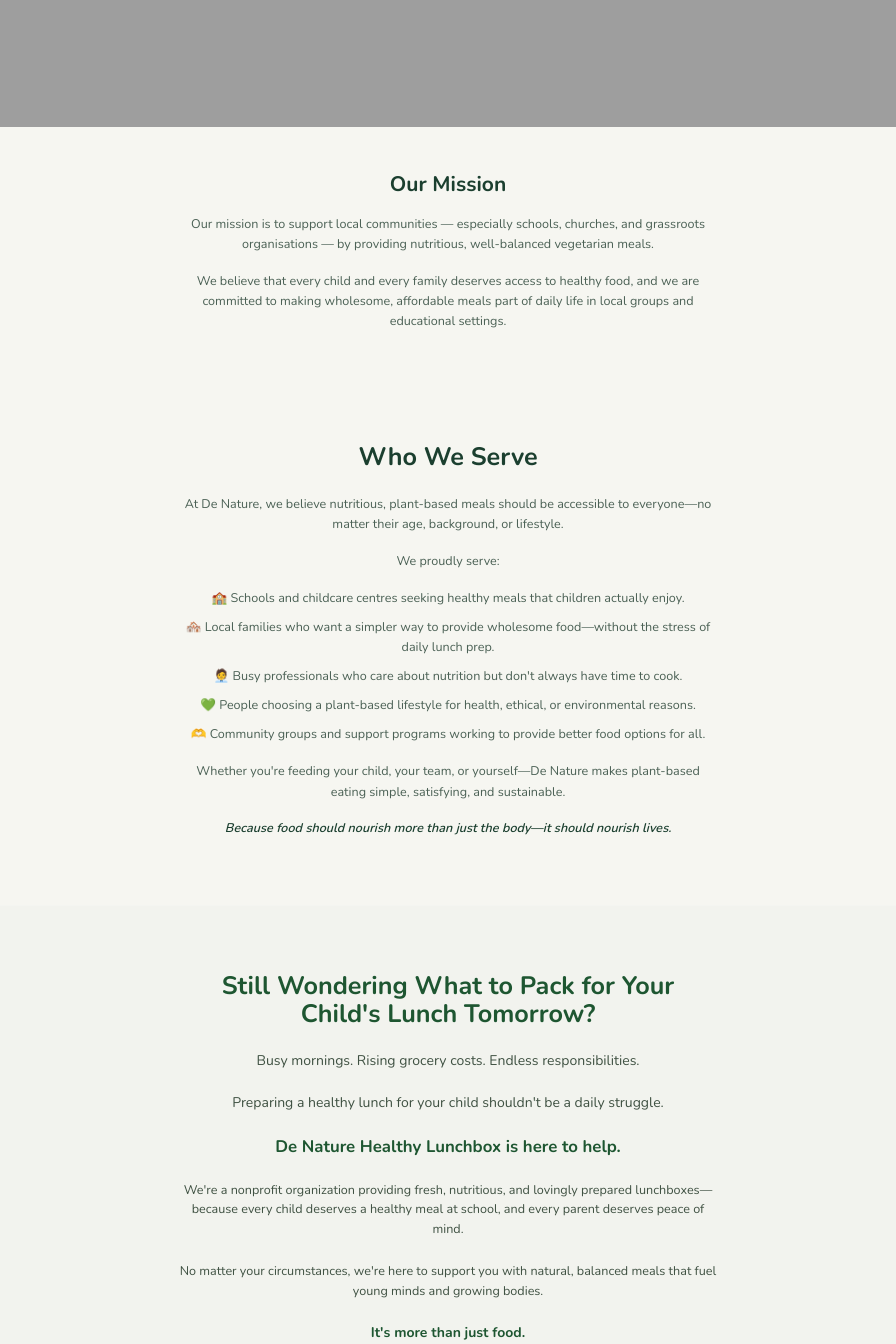
Repository: sunnyyan01/denature-website
Page: /
The author's editor kept a copy of each file at every save. The page is drawn from the files as they stood at one save, then again after the next save.
The browser window is 1280 px wide. The pictures show the part of the page from y = 579 to 2499 px (the page is 2792 px tall before and 2824 px after), at 70% of full size.
Pictures or frames that could not be fetched are drawn as grey boxes. The project was rebuilt for these pictures with package versions that can differ from the ones it lists, and the page was loaded fresh each time. The framework's server and built-in components were replaced by stand-ins that run in the browser. Also part of the build but not shown: next.config.js.

Above is the page before, as saved 2025-05-16 16:36:43.

### src/app/layout.tsx
import type { Metadata } from "next";
import { Inter, Poppins } from "next/font/google";
import "./globals.css";
import Navbar from "@/components/Navbar";
import Footer from "@/components/Footer";
import { Phone, Mail } from "lucide-react";
import { FiFacebook, FiInstagram, FiTwitter } from 'react-icons/fi';

const inter = Inter({
  subsets: ["latin"],
  variable: '--font-inter',
});

const poppins = Poppins({
  weight: ['400', '500', '600', '700'],
  subsets: ['latin'],
  variable: '--font-poppins',
});

export const metadata: Metadata = {
  title: "DE NATURE - Sydney Lunch Program",
  description: "Providing nutritious meals to children in need across Sydney",
  verification: {
    google: "OqLlSQNFE1spUS93SXK13pK8N_CO4S7m2l7H1rPvJmY",
  },
  icons: {
    icon: '/favicon.ico',
    shortcut: '/favicon.ico',
  },
};

export default function RootLayout({
  children,
}: {
  children: React.ReactNode;
}) {
  return (
    <html lang="en">
      <body className={`${inter.variable} ${poppins.variable} font-sans bg-background text-text`}>
        {/* 顶部社交信息栏 */}
        <div
          className="fixed top-0 left-0 right-0 z-50"
          style={{
            background: '#F5F3ED',
            height: '56px',
            borderBottom: '1px solid #E0E0E0',
            fontFamily: "'Inter', 'Lato', sans-serif",
          }}
        >
          <div className="container flex items-center justify-between h-full px-4">
            {/* 联系方式 */}
            <div className="flex items-center space-x-6 text-[#2E5E4E] text-sm">
              <a href="tel:0452005512" className="hover:underline">0452 005 512</a>
              <span className="hidden sm:inline">|</span>
              <a href="mailto:info@denature.org.au" className="hover:underline">info@denature.org.au</a>
            </div>
            {/* 社交图标 */}
            <div className="flex items-center space-x-4">
              <a href="#" className="text-[#2E5E4E] hover:text-[#4A7C59]">
                <FiFacebook className="w-5 h-5" />
              </a>
              <a href="#" className="text-[#2E5E4E] hover:text-[#4A7C59]">
                <FiInstagram className="w-5 h-5" />
              </a>
              <a href="#" className="text-[#2E5E4E] hover:text-[#4A7C59]">
                <FiTwitter className="w-5 h-5" />
              </a>
            </div>
          </div>
        </div>

        {/* Navigation and Content */}
        <div className="relative">
          <Navbar />
          <main>
            {children}
          </main>
        </div>

        <Footer />
      </body>
    </html>
  );
}

### src/app/page.tsx
'use client';

import Link from "next/link";
import Image from "next/image";
import { Leaf, Scale, Recycle, Sprout } from "lucide-react";
import PrimaryButton from "../components/PrimaryButton";

const coreValues = [
  {
    title: 'Pure Ingredients',
    description: 'Premium natural ingredients, no additives',
    icon: '🌱',
  },
  {
    title: 'Balanced Nutrition',
    description: 'Scientifically balanced meals',
    icon: '🥗',
  },
  {
    title: 'Eco-Conscious',
    description: 'Sustainable practices, Earth-friendly',
    icon: '🌍',
  },
  {
    title: 'Growth Focus',
    description: 'Supporting healthy development',
    icon: '🌱',
  },
];

export default function Home() {
  return (
    <main>
      {/* Hero Section */}
      <section className="relative h-[100vh] w-full">
        <div className="absolute inset-0 bg-[url('/images/hero-bg.jpg')] bg-cover bg-center">
        </div>
        <div className="relative container mx-auto px-4 h-screen flex items-start pt-32">
          <div className="max-w-6xl mx-auto w-full pt-8 flex flex-col items-center">
            {/* Hero 按钮组整体下移，紧贴黑色文字下方，居中显示 */}
          </div>
        </div>
      </section>

      {/* Our Mission Section (新加) */}
      <section className="py-16" style={{ background: '#F6F6F1' }}>
        <div className="max-w-3xl mx-auto px-4 text-center">
          <h2 className="text-2xl md:text-3xl font-bold mb-6 font-heading" style={{ color: '#1B3F2F' }}>Our Mission</h2>
          <div className="space-y-6 text-lg leading-relaxed" style={{ color: '#4B6155' }}>
            <p>
              Our mission is to support local communities — especially schools, churches, and grassroots organisations — by providing nutritious, well-balanced vegetarian meals.
            </p>
            <p>
              We believe that every child and every family deserves access to healthy food, and we are committed to making wholesome, affordable meals part of daily life in local groups and educational settings.
            </p>
          </div>
        </div>
      </section>

      {/* Mission Section */}
      <section className="py-24" style={{ background: '#F6F6F1' }}>
        <div className="max-w-4xl mx-auto px-4 sm:px-6 lg:px-8">
          <div className="max-w-3xl mx-auto text-center">
            <h2 className="text-3xl md:text-4xl font-bold mb-8 font-heading" style={{ color: '#1B3F2F' }}>Who We Serve</h2>
            <div className="space-y-6 text-lg leading-relaxed" style={{ color: '#4B6155' }}>
              <p>
                At De Nature, we believe nutritious, plant-based meals should be accessible to everyone—no matter their age, background, or lifestyle.
              </p>
              <p className="text-left md:text-center">
                We proudly serve:
              </p>
              <ul className="space-y-3 text-left md:text-center">
                <li>🏫 Schools and childcare centres seeking healthy meals that children actually enjoy.</li>
                <li>🏘️ Local families who want a simpler way to provide wholesome food—without the stress of daily lunch prep.</li>
                <li>🧑‍💼 Busy professionals who care about nutrition but don't always have time to cook.</li>
                <li>💚 People choosing a plant-based lifestyle for health, ethical, or environmental reasons.</li>
                <li>🫶 Community groups and support programs working to provide better food options for all.</li>
              </ul>
              <p>
                Whether you're feeding your child, your team, or yourself—De Nature makes plant-based eating simple, satisfying, and sustainable.
              </p>
              <p className="font-semibold italic" style={{ color: '#1B3F2F' }}>
                Because food should nourish more than just the body—it should nourish lives.
              </p>
            </div>
          </div>
        </div>
      </section>

      {/* Lunchbox Support Section */}
      <section className="py-24" style={{ background: '#F2F3EE' }}>
        <div className="container mx-auto px-4">
          <div className="max-w-3xl mx-auto">
            <h2 className="text-4xl font-bold mb-8 text-center" style={{ color: '#1E5631', fontWeight: 700 }}>
              Still Wondering What to Pack for Your Child's Lunch Tomorrow?
            </h2>
            <div className="space-y-8" style={{ color: '#3F5142' }}>
              <p className="text-center text-xl">
                Busy mornings. Rising grocery costs. Endless responsibilities.
              </p>
              <p className="text-center text-xl">
                Preparing a healthy lunch for your child shouldn't be a daily struggle.
              </p>
              <p className="text-center text-2xl font-bold" style={{ color: '#1E5631' }}>
                De Nature Healthy Lunchbox is here to help.
              </p>
              <p className="text-center text-lg">
                We're a nonprofit organization providing fresh, nutritious, and lovingly prepared lunchboxes—because every child deserves a healthy meal at school, and every parent deserves peace of mind.
              </p>
              <p className="text-center text-lg">
                No matter your circumstances, we're here to support you with natural, balanced meals that fuel young minds and growing bodies.
              </p>
              <p className="text-center text-xl font-bold" style={{ color: '#1E5631' }}>
                It's more than just food.
              </p>
              <p className="text-center text-xl font-bold" style={{ color: '#1E5631' }}>
                It's care, energy, and dignity—delivered daily.
              </p>
            </div>
          </div>
        </div>
      </section>
    </main>
  );
}

### src/app/globals.css
@import url('https://fonts.googleapis.com/css2?family=Nunito:wght@300;400;500;600;700&display=swap');

@tailwind base;
@tailwind components;
@tailwind utilities;

:root {
  /* 主色调 */
  --color-primary: #4A7C59;      /* 深绿色 */
  --color-primary-light: #6B9B7D; /* 浅绿色 */
  --color-primary-lighter: #E8F3ED; /* 最浅绿色 */

  /* 中性色 */
  --color-neutral-50: #FAFAFA;
  --color-neutral-100: #F5F5F5;
  --color-neutral-200: #EEEEEE;
  --color-neutral-300: #E0E0E0;
  --color-neutral-400: #BDBDBD;
  --color-neutral-500: #9E9E9E;
  --color-neutral-600: #757575;
  --color-neutral-700: #616161;
  --color-neutral-800: #424242;
  --color-neutral-900: #212121;

  /* 强调色 */
  --color-accent: #F5B971;       /* 温暖的米色 */
  --color-accent-light: #F9D5A7; /* 浅米色 */

  /* 功能色 */
  --color-success: #4CAF50;
  --color-warning: #FFC107;
  --color-error: #F44336;

  /* 字体 */
  --font-primary: 'Nunito', sans-serif;

  /* 间距 */
  --spacing-xs: 0.25rem;   /* 4px */
  --spacing-sm: 0.5rem;    /* 8px */
  --spacing-md: 1rem;      /* 16px */
  --spacing-lg: 1.5rem;    /* 24px */
  --spacing-xl: 2rem;      /* 32px */
  --spacing-2xl: 3rem;     /* 48px */
  --spacing-3xl: 4rem;     /* 64px */

  /* 圆角 */
  --radius-sm: 0.25rem;    /* 4px */
  --radius-md: 0.5rem;     /* 8px */
  --radius-lg: 1rem;       /* 16px */
  --radius-full: 9999px;

  /* 阴影 */
  --shadow-sm: 0 1px 2px 0 rgb(0 0 0 / 0.05);
  --shadow-md: 0 4px 6px -1px rgb(0 0 0 / 0.1);
  --shadow-lg: 0 10px 15px -3px rgb(0 0 0 / 0.1);
}

@layer base {
  html {
    font-family: var(--font-primary);
    color: var(--color-neutral-900);
    background-color: var(--color-neutral-50);
  }

  h1, h2, h3, h4, h5, h6 {
    font-weight: 700;
    line-height: 1.2;
  }

  h1 {
    font-size: 2.5rem; /* 40px */
    @screen md {
      font-size: 3.5rem; /* 56px */
    }
  }

  h2 {
    font-size: 2rem; /* 32px */
    @screen md {
      font-size: 2.5rem; /* 40px */
    }
  }

  h3 {
    font-size: 1.5rem; /* 24px */
    @screen md {
      font-size: 2rem; /* 32px */
    }
  }

  p {
    line-height: 1.6;
  }
}

@layer components {
  .container {
    @apply max-w-7xl mx-auto px-4 sm:px-6 lg:px-8;
  }

  .btn {
    @apply inline-flex items-center justify-center px-6 py-3 rounded-lg font-semibold transition-colors duration-200;
  }

  .btn-primary {
    @apply bg-[var(--color-primary)] text-white hover:bg-[var(--color-primary-light)];
  }

  .btn-secondary {
    @apply bg-[var(--color-accent)] text-[var(--color-neutral-900)] hover:bg-[var(--color-accent-light)];
  }

  .btn-outline {
    @apply border-2 border-[var(--color-primary)] text-[var(--color-primary)] hover:bg-[var(--color-primary-lighter)];
  }

  .card {
    @apply bg-white rounded-lg shadow-md overflow-hidden;
  }

  .section {
    @apply py-16 md:py-24;
  }

  .section-title {
    @apply text-3xl md:text-4xl font-bold text-center mb-12;
  }

  .hero {
    @apply relative h-[80vh] md:h-screen flex items-center;
  }

  .hero-content {
    @apply relative z-10 text-center max-w-4xl mx-auto px-4;
  }

  .hero-image {
    @apply absolute inset-0 w-full h-full object-cover;
  }

  .hero-overlay {
    @apply absolute inset-0 bg-black/30;
  }
}

/* 自定义动画 */
@keyframes fadeIn {
  from {
    opacity: 0;
    transform: translateY(10px);
  }
  to {
    opacity: 1;
    transform: translateY(0);
  }
}

.animate-fade-in {
  animation: fadeIn 0.6s ease-out forwards;
}

/* 响应式图片容器 */
.image-container {
  @apply relative aspect-[4/3] md:aspect-[16/9] overflow-hidden rounded-lg;
}

.image-container img {
  @apply absolute inset-0 w-full h-full object-cover transition-transform duration-500;
}

.image-container:hover img {
  @apply scale-105;
}

/* 网格布局 */
.grid-auto-fit {
  @apply grid grid-cols-1 md:grid-cols-2 lg:grid-cols-3 gap-6 md:gap-8;
}

/* 文本样式 */
.text-gradient {
  @apply bg-clip-text text-transparent bg-gradient-to-r from-[var(--color-primary)] to-[var(--color-primary-light)];
}

.text-balance {
  text-wrap: balance;
}

/* 导航样式 */
.nav-link {
  @apply text-[var(--color-neutral-700)] hover:text-[var(--color-primary)] transition-colors duration-200;
}

.nav-link-active {
  @apply text-[var(--color-primary)] font-semibold;
}

/* 页脚样式 */
.footer {
  @apply bg-[var(--color-neutral-900)] text-white py-16;
}

.footer-title {
  @apply text-xl font-semibold mb-4;
}

.footer-link {
  @apply text-[var(--color-neutral-400)] hover:text-white transition-colors duration-200;
}

/* 表单样式 */
.form-input {
  @apply w-full px-4 py-2 rounded-lg border border-[var(--color-neutral-300)] focus:border-[var(--color-primary)] focus:ring-2 focus:ring-[var(--color-primary-lighter)] outline-none transition-colors duration-200;
}

.form-label {
  @apply block text-sm font-medium text-[var(--color-neutral-700)] mb-1;
}

/* 菜单卡片样式 */
.menu-card {
  @apply bg-white rounded-lg shadow-md overflow-hidden transition-transform duration-300 hover:shadow-lg hover:-translate-y-1;
}

.menu-card-image {
  @apply relative aspect-[4/3] w-full;
}

.menu-card-content {
  @apply p-6;
}

.menu-card-title {
  @apply text-xl font-semibold text-[var(--color-neutral-900)] mb-2;
}

.menu-card-description {
  @apply text-[var(--color-neutral-600)] text-sm;
}

/* 特色部分样式 */
.feature-grid {
  @apply grid grid-cols-1 md:grid-cols-2 lg:grid-cols-4 gap-8;
}

.feature-item {
  @apply text-center p-6;
}

.feature-icon {
  @apply w-16 h-16 mx-auto mb-4 text-[var(--color-primary)];
}

.feature-title {
  @apply text-lg font-semibold mb-2;
}

.feature-description {
  @apply text-[var(--color-neutral-600)];
}

### src/components/Footer.tsx
'use client';

import { FiFacebook, FiInstagram, FiTwitter } from 'react-icons/fi';

export default function Footer() {
  const currentYear = new Date().getFullYear();

  return (
    <footer className="w-full" style={{ background: '#f1f5f0', color: '#356A59', fontFamily: "'Inter', 'Lato', sans-serif" }}>
      <div className="container mx-auto px-4 py-8">
        <div className="grid grid-cols-1 md:grid-cols-3 gap-8 items-center">
          {/* 左侧：联系信息 */}
          <div className="flex flex-col items-center md:items-start text-[15px] gap-1">
            <span className="font-semibold">info@denature.org.au</span>
            <span>0452 005 512</span>
            <span>ABN: 95685633694</span>
          </div>
          {/* 中间：版权+口号 */}
          <div className="flex flex-col items-center text-center text-[15px] gap-1">
            <span className="font-semibold">De Nature Health Limited © {currentYear}. All rights reserved.</span>
            <span style={{ fontStyle: 'italic', fontSize: '14px', color: '#68886b' }}>
              It's more than just food. It's care, energy, and dignity—delivered daily.
            </span>
          </div>
          {/* 右侧：社交图标+链接 */}
          <div className="flex flex-col items-center md:items-end gap-2">
            <div className="flex space-x-4 mb-1">
              <a href="https://www.facebook.com/profile.php?id=61575015428081" className="group text-[#356A59] transition-transform duration-200 hover:scale-110" target="_blank" rel="noopener noreferrer">
                <FiFacebook className="w-6 h-6 group-hover:bg-[#356A59] group-hover:text-white rounded-full p-1 transition-colors duration-200" />
              </a>
              <a href="https://www.instagram.com/denature_healthy_meals/" className="group text-[#356A59] transition-transform duration-200 hover:scale-110" target="_blank" rel="noopener noreferrer">
                <FiInstagram className="w-6 h-6 group-hover:bg-[#356A59] group-hover:text-white rounded-full p-1 transition-colors duration-200" />
              </a>
              <a href="#" className="group text-[#356A59] transition-transform duration-200 hover:scale-110">
                <FiTwitter className="w-6 h-6 group-hover:bg-[#356A59] group-hover:text-white rounded-full p-1 transition-colors duration-200" />
              </a>
            </div>
            <div className="flex space-x-4 text-[15px]">
              <a href="#" className="hover:underline text-[#444]">Privacy Policy</a>
              <a href="#" className="hover:underline text-[#444]">Terms</a>
            </div>
          </div>
        </div>
      </div>
    </footer>
  );
}

Loaded but not shown: tailwind.config.js (104 lines, source omitted); src/components/Navbar.tsx (238 lines, source omitted)

After the next save:
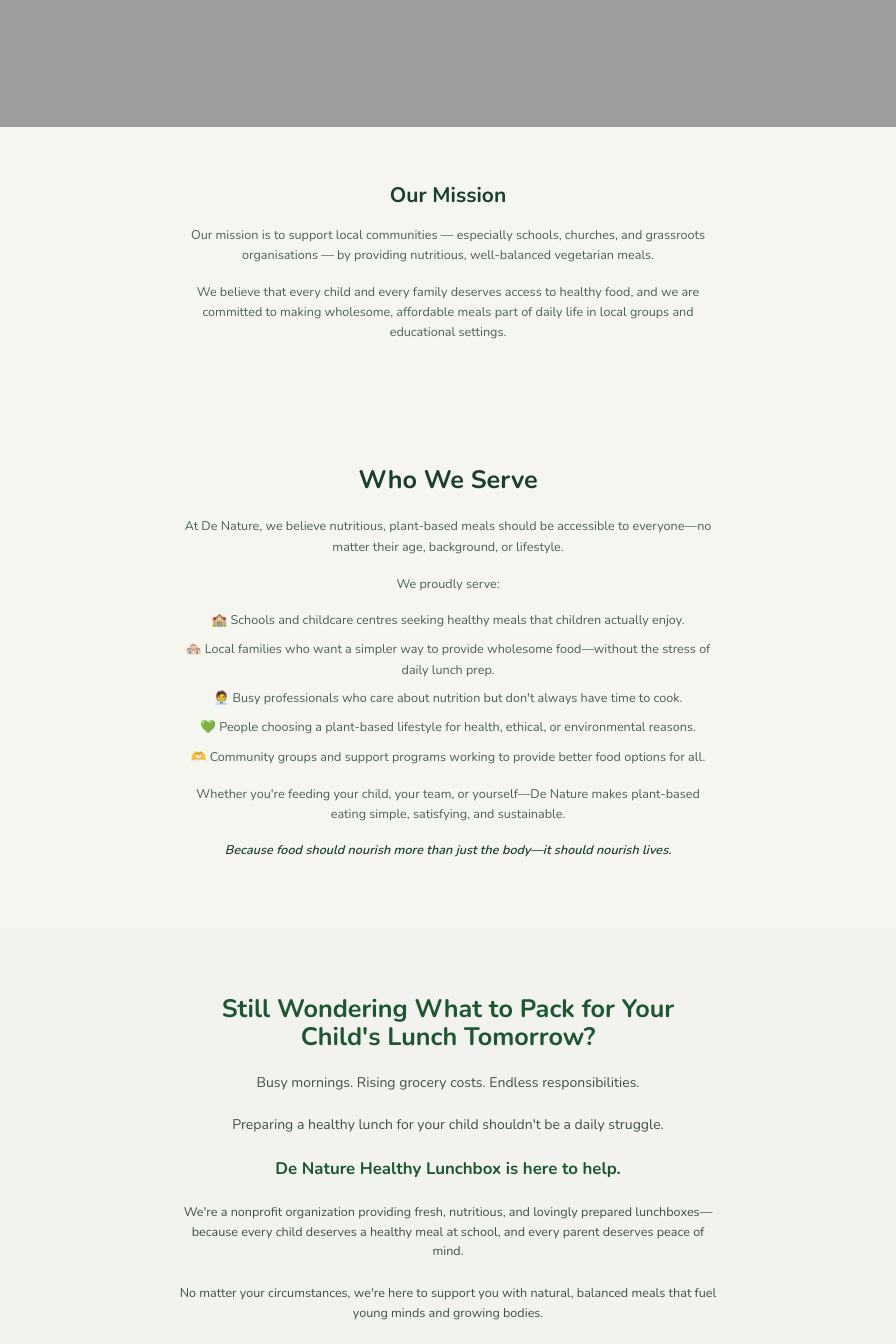
Saved 3 min 23 s later.
--- a/src/app/page.tsx
+++ b/src/app/page.tsx
@@ -42,8 +42,8 @@
         </div>
       </section>
 
-      {/* Our Mission Section (新加) */}
-      <section className="py-16" style={{ background: '#F6F6F1' }}>
+      {/* Our Mission Section */}
+      <section className="py-20" style={{ background: '#F6F6F1' }}>
         <div className="max-w-3xl mx-auto px-4 text-center">
           <h2 className="text-2xl md:text-3xl font-bold mb-6 font-heading" style={{ color: '#1B3F2F' }}>Our Mission</h2>
           <div className="space-y-6 text-lg leading-relaxed" style={{ color: '#4B6155' }}>
@@ -57,7 +57,7 @@
         </div>
       </section>
 
-      {/* Mission Section */}
+      {/* Who We Serve Section */}
       <section className="py-24" style={{ background: '#F6F6F1' }}>
         <div className="max-w-4xl mx-auto px-4 sm:px-6 lg:px-8">
           <div className="max-w-3xl mx-auto text-center">
